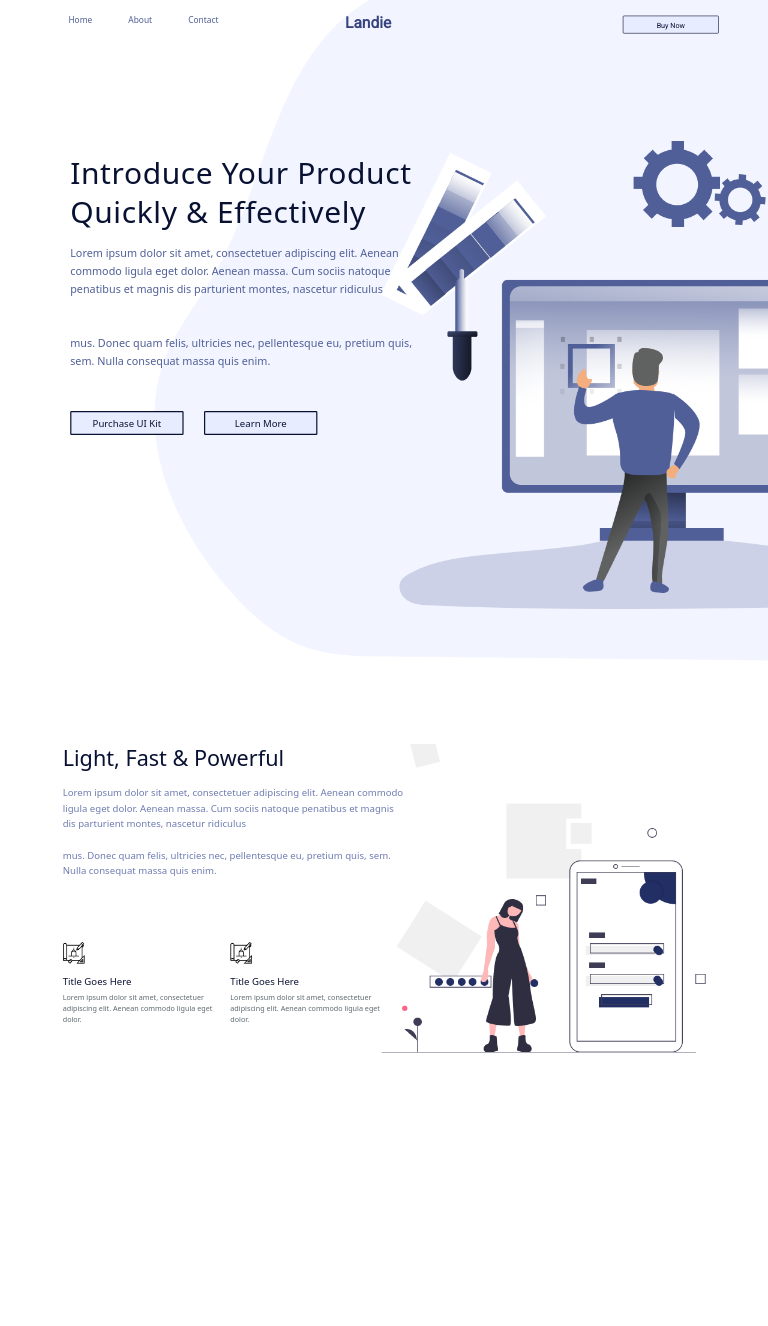
Repository: batonAnton/HW-Lec12-sass-pug
Page: index.html
An editor plug-in stored every save of this project. The page is shown before and after the next save, followed by the edit.
The browser window is 1280 px wide. The pictures show the whole page, at 60% of full size.
The style sheet was rebuilt from its Sass, Less or Tailwind sources for each picture, by a compiler version that may differ from the author's.

Above is the page before, as saved 2022-07-29 16:44:10.

### index.html
<!DOCTYPE html>
<html lang="en">
<head>
    <meta charset="UTF-8">
    <meta http-equiv="X-UA-Compatible" content="IE=edge">
    <meta name="viewport" content="width=device-width, initial-scale=1.0">
    <title>HW12 Saas</title>
    <link rel="preconnect" href="https://fonts.googleapis.com">
    <link rel="preconnect" href="https://fonts.gstatic.com" crossorigin>
    <link href="https://fonts.googleapis.com/css2?family=Roboto&display=swap" rel="stylesheet">
    <link href="https://cdn.jsdelivr.net/npm/bootstrap@5.2.0/dist/css/bootstrap.min.css" rel="stylesheet" integrity="sha384-gH2yIJqKdNHPEq0n4Mqa/HGKIhSkIHeL5AyhkYV8i59U5AR6csBvApHHNl/vI1Bx" crossorigin="anonymous">
    <link rel="stylesheet" href="css/style.css">
</head>
<body>
    <header>
        <div class="container">
            <div class="wrapper">
                <nav>
                    <div class="navigation">
                        <ul>
                            <li>
                                <a href="">home</a>
                            </li>
                            <li>
                                <a href="">about</a>
                            </li>
                            <li>
                                <a href="">contact</a>
                            </li>
                        </ul>
                        <div class="logo">
                            <h1>Landie</h1>
                        </div>
                        <div class="button">
                            <button type="button" class="btn btn-menu btn-primary">Buy now</button>
                        </div>
                    </div>
                </nav>

                <div class="leftBlock">
                    <h1>Introduce Your Product <br class="hideBR">
                        Quickly & Effectively
                    </h1>

                    <p>
                        Lorem ipsum dolor sit amet, consectetuer adipiscing elit. Aenean <br class="hideBR"> commodo ligula eget dolor. Aenean massa. Cum sociis natoque <br class="hideBR"> penatibus et magnis dis parturient montes, nascetur ridiculus <br class="hideBR">
                        <br> <br>
                        mus. Donec quam felis, ultricies nec, pellentesque eu, pretium quis, <br class="hideBR"> sem. Nulla consequat massa quis enim.
                    </p>

                    <div class="btn-header">
                        <button type="button" class="btn btn-menu btn-primary">Purchase UI Kit</button>
                        <button type="button" class="btn btn-menu btn-primary">Learn More</button>
                    </div>
                </div>
            </div>
        </div>
    </header>

    <section>
        <div class="container">
            <h1>Light, Fast & Powerful</h1>
            <p>
                Lorem ipsum dolor sit amet, consectetuer adipiscing elit. Aenean commodo <br class="hideBr"> ligula eget dolor. Aenean massa. Cum sociis natoque penatibus et magnis <br class="hideBr"> dis parturient montes, nascetur ridiculus
                <br> <br>
                mus. Donec quam felis, ultricies nec, pellentesque eu, pretium quis, sem. <br class="hideBr"> Nulla consequat massa quis enim.
            </p>

            <div class="smallInfo">
                <div class="block">
                    <img src="./image/section1/Combined Shape.jpg" alt="img">
                    <h2>Title Goes Here</h2>
                    <p>Lorem ipsum dolor sit amet, consectetuer <br class="hideBr"> adipiscing elit. Aenean commodo ligula eget <br class="hideBr">  dolor. </p>
                </div>

                <div class="block">
                    <img src="./image/section1/Combined Shape.jpg" alt="img">
                    <h2>Title Goes Here</h2>
                    <p>Lorem ipsum dolor sit amet, consectetuer <br class="hideBr"> adipiscing elit. Aenean commodo ligula eget <br class="hideBr">  dolor. </p>
                </div>
            </div>
        </div>
    </section>
</body>
</html>

### css/style.scss
$primary-color: #091133;
$primaryFontStyle: Roboto;

@mixin generalStyleMenu(
  $sizeMenu: 14px,
  $lineHeight: 24px,
  $font-color: #505f98
) {
  font-size: $sizeMenu;
  line-height: $lineHeight;
  color: $font-color;
}

body {
  box-sizing: border-box;
}

header {
  width: 100%;
  height: 1160px;
  background-image: url(../image/header/header-bg.png);
  background-position: 100% -20%;
  background-repeat: no-repeat;

  .navigation {
    display: flex;
    justify-content: space-between;
    padding-top: 18px;
    align-items: center;

    ul {
      display: inline-flex;
      li {
        margin-right: 60px;
        list-style: none;
        a {
          text-decoration: none;
          text-transform: capitalize;
          @include generalStyleMenu;
        }
      }
    }
    .logo {
      display: flex;
      justify-content: center;
      margin-left: -235px;
      h1 {
        font-family: $primaryFontStyle;
        font-style: normal;
        font-weight: 900;
        font-size: 26px;
        line-height: 38px;
        color: #37447e;
      }
    }
     .btn-primary{
      font-family: 'Roboto';
      font-style: normal;
      font-weight: 500;
      font-size: 12px;
      line-height: 18px;
      text-transform: capitalize;
      color: #091133;
        background: #E7ECFF;
      border-radius: 2px;
      width: 160px;
      height: 30px;
      border: 1px solid #091133;

    }
    button:hover{
        background-color: #111B47;
        color: #FFFFFF;
        transition: 1s;
    }
  }
//   left-block header
  .leftBlock{
      margin-top: 190px;
      margin-left: 35px;
      h1{
        font-weight: 500;
        font-size: 50px;
        line-height: 66px;
        letter-spacing: 1px;
        color: #091133;
        margin-bottom: 20px;
      }
      p{
        font-style: normal;
        font-weight: 400;
        font-size: 18px;
        line-height: 30px;
        color: #505F98;
        margin-bottom: 69px;
      }

      .btn-primary{
        width: 189px;
        height: 40px;
        border: 2px solid #091133;
        border-radius: 2px;
        font-style: normal;
        font-weight: 500;
        font-size: 16px;
        line-height: 26px;
        color: #091133;
        background: #E7ECFF;
        margin-right: 30px;
      }
      button:hover{
          background-color: #111B47;
          color: #FFFFFF;
          transition: 1s;
      }
  }
}
// section

section{
    margin-top: 80px ;
    height: 740px;
    margin-left: 45px;
    margin-bottom: 230px;
    background-image: url(../image/section1/section-bg.png);
    background-position: 85% -5%;
    background-repeat: no-repeat;
    h1{
        // font-family: 'Roboto';
        font-style: normal;
        font-weight: 500;
        font-size: 36px;
        line-height: 48px;
        color: #091133;
        margin-bottom: 20px;
    }
    p{
        font-style: normal;
        font-weight: 400;
        font-size: 16px;
        line-height: 26px;
        color: #6F7CB2;
    }
    .smallInfo{
        margin-top: 90px;
        display: inline-flex;
        h2{
            font-style: normal;
            font-weight: 500;
            font-size: 16px;
            line-height: 26px;
            color: #091133;
            margin: 16px 0px 6px 0px;
        }
        p{
            font-weight: 400;
            font-size: 12px;
            line-height: 18px;
            color: #5D6970;
        }
        .block{
            margin-right: 30px;

        }
    }
}

After the next save:
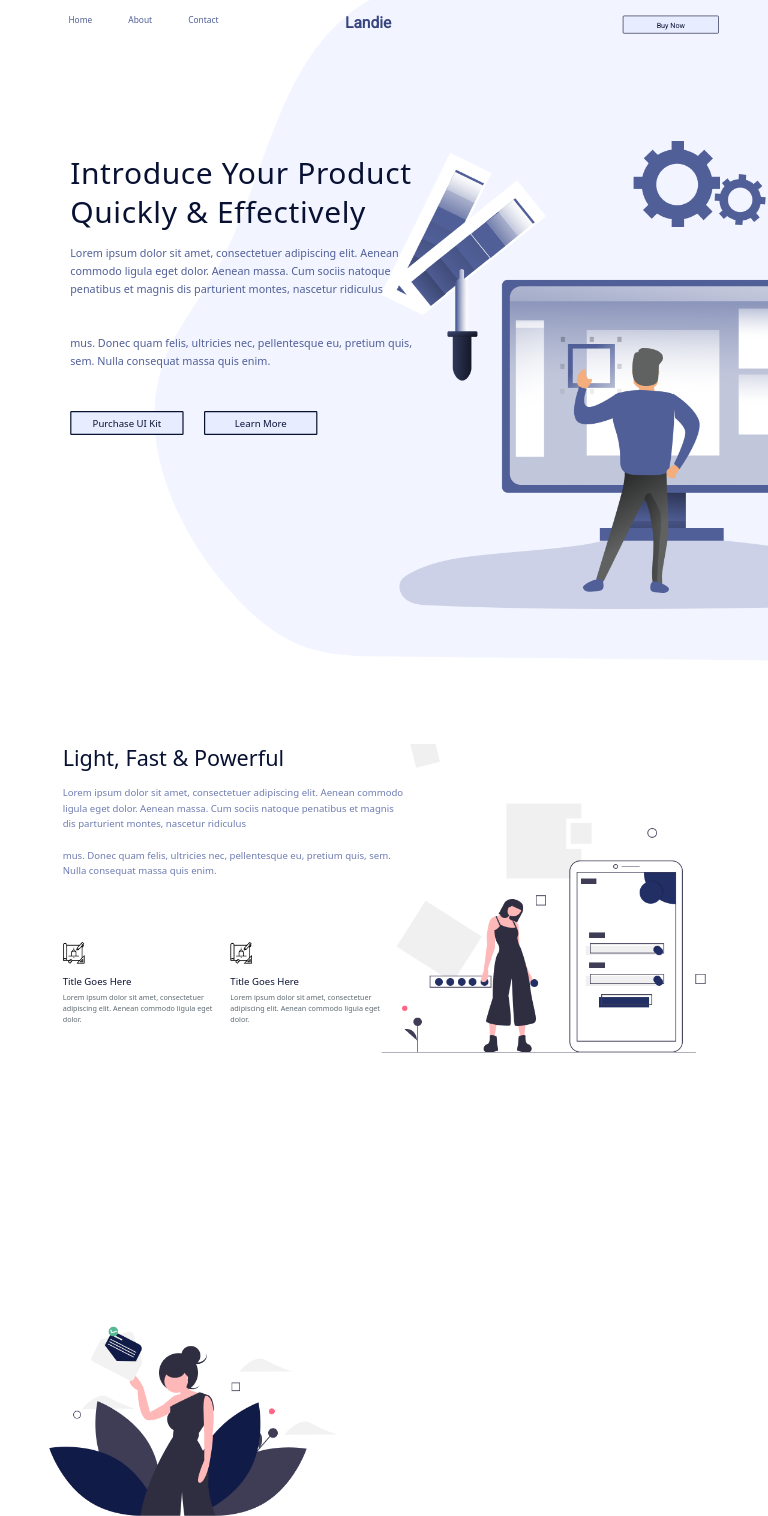
Saved 22 min 23 s later.
--- a/index.html
+++ b/index.html
@@ -81,5 +81,16 @@
             </div>
         </div>
     </section>
+
+    <aside>
+        <div class="container">
+            <div class="row">
+                <div class="img-left">
+                    <img src="./image/aside/img1.png" alt="img" >
+                </div>
+
+            </div>
+        </div>
+    </aside>
 </body>
 </html>
